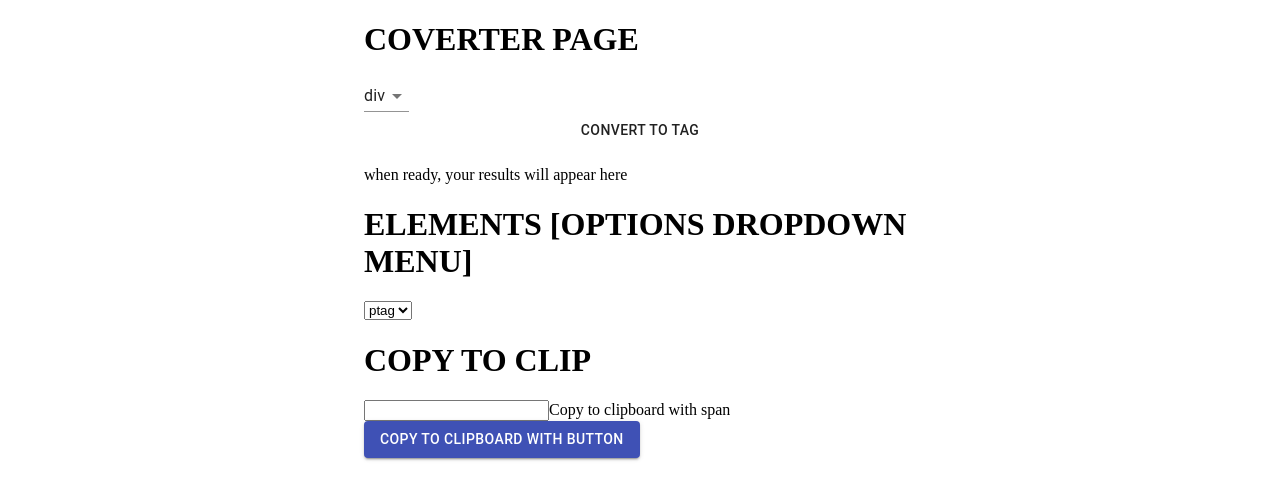
Repository: DevLuDaley/element-generator
Page: /
The author's editor kept a copy of each file at every save. The page is drawn from the files as they stood at one save, then again after the next save.
The browser window is 1280 px wide. The pictures show the whole page.
The project was rebuilt for these pictures with package versions that can differ from the ones it lists, and the page was loaded fresh each time. Also part of the build but not shown: webpack.config.js, src/components/optionsArray.js, src/components/ElementsData.js.

Above is the page before, as saved 2020-12-23 20:53:14.

After the next save:
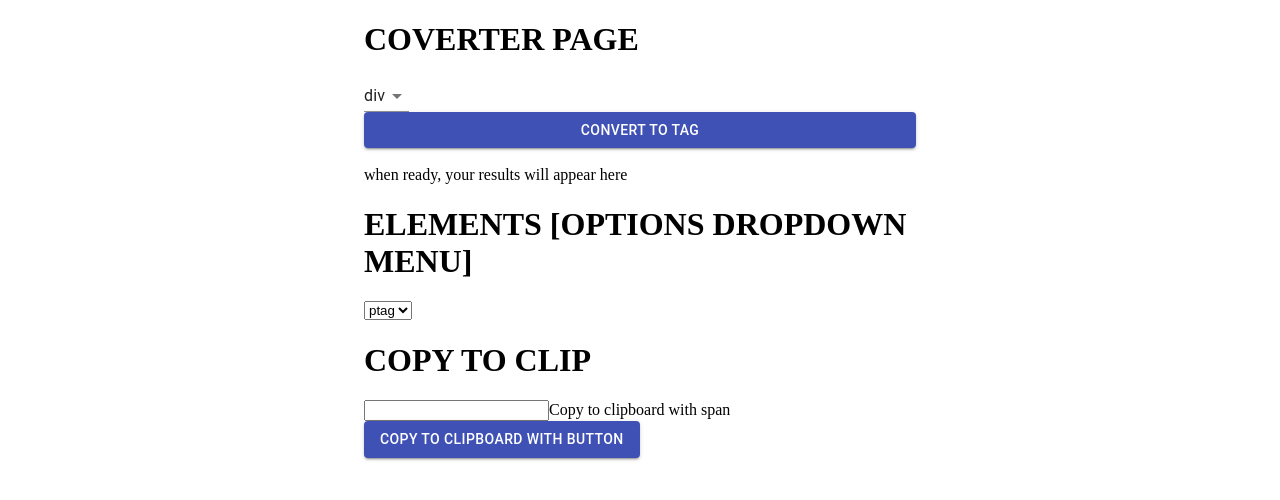
Saved 56 s later.
--- a/src/components/ConverterPage.js
+++ b/src/components/ConverterPage.js
@@ -62,7 +62,7 @@ const ConverterPage = () => {
               {/* <InputLabel> Enter text to be converted </InputLabel>
                 <Input type="text" placeholder='enter text...' value={name} name="name" onChange={e => setName(e.target.value)}/> */}
 
-                <Button onClick={handleSubmit} type="submit" variant="raised" color="primary">
+                <Button onClick={handleSubmit} type="submit" variant="contained" color="primary">
                         Convert to Tag
                 </Button>
               </FormGroup>
